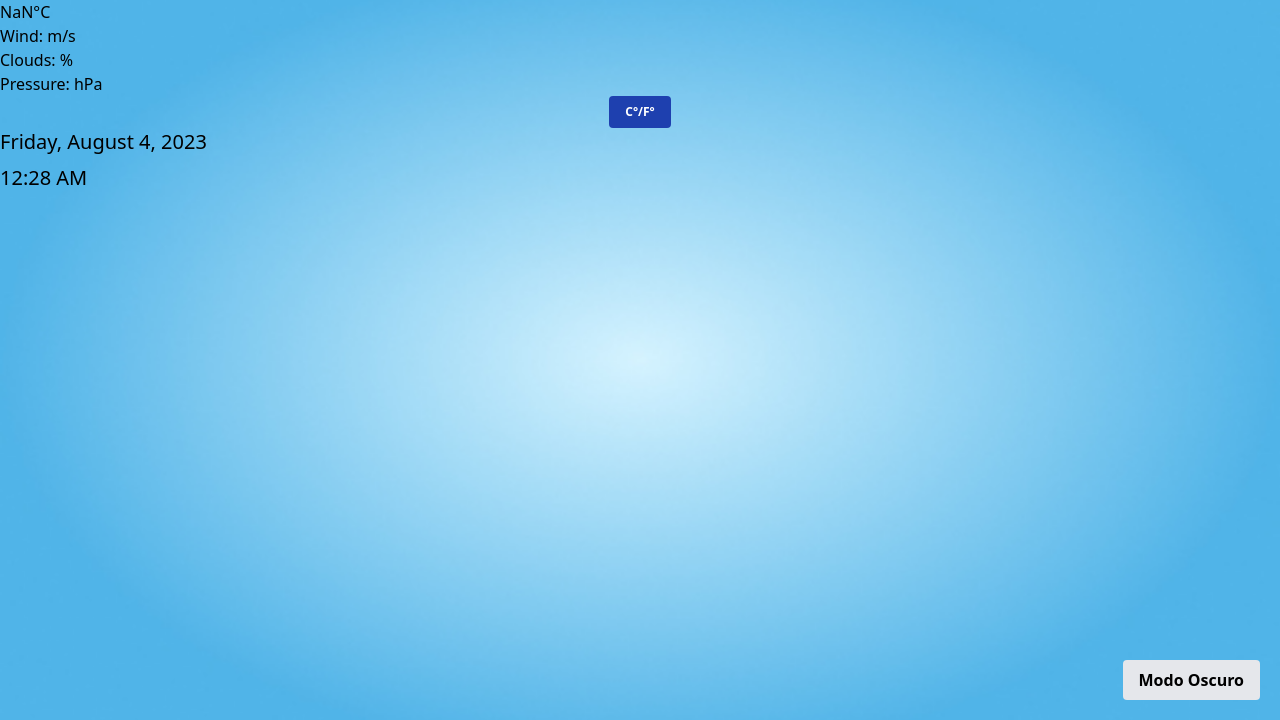
Repository: LukasMoyano/WeatherApp-_-LukasMoyano-_-V-_4.0_6.6.6
Page: /
These files come from the project's save history. The page is drawn as it stood at one moment and after the next save; the edit follows.
The browser window is 1280 px wide. The pictures show the whole page.
The page's requests for data from a server got no answer. The project was rebuilt for these pictures with package versions that can differ from the ones it lists, and the page was loaded fresh each time. No one was signed in, and anything a server would have sent is missing. Also part of the build but not shown: vite.config.js.

Above is the page before, as saved 2023-08-07 00:44:38.

After the next save:
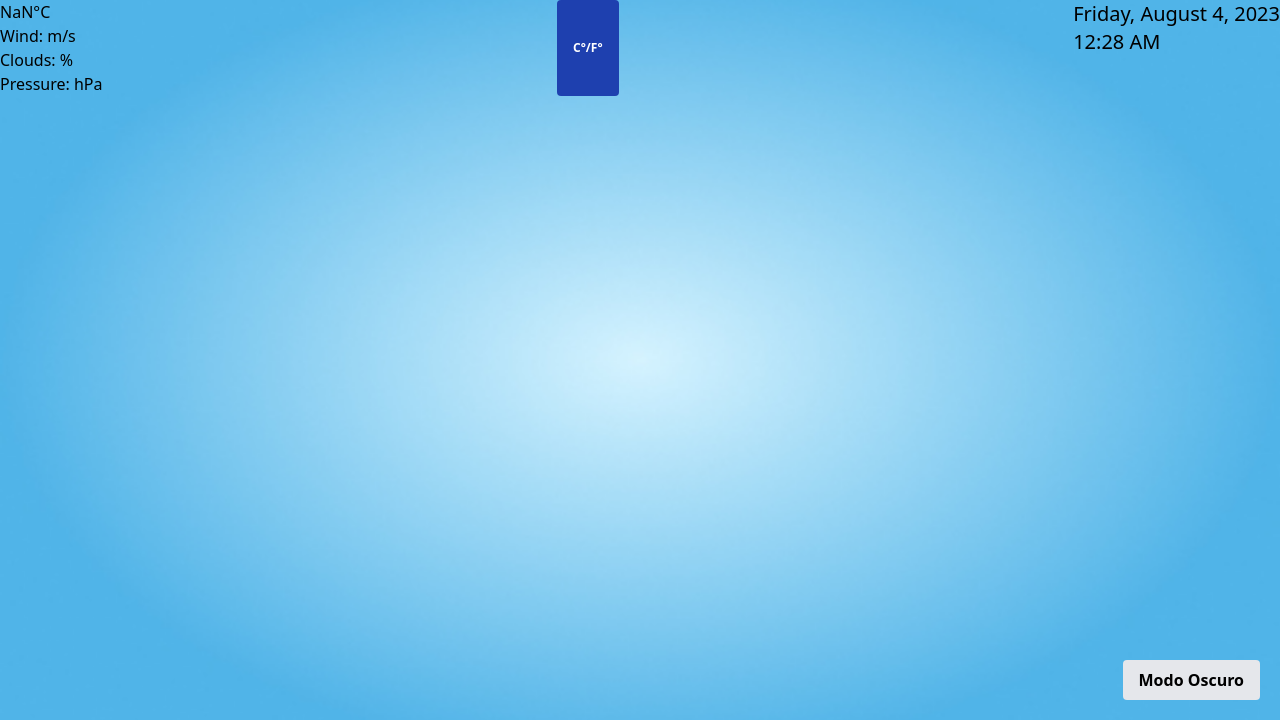
Saved 110 s later.
--- a/src/components/Weather.jsx
+++ b/src/components/Weather.jsx
@@ -39,8 +39,8 @@ const Weather = ({ weatherInfo, isDarkMode }) => {
   const { date, time } = getCurrentDateTime();
 
   return (
-    <div className="weather-app">
-      <div className="left-column">
+    <div className="weather-app flex flex-row">
+      <div className="left-column flex flex-col items-center justify-center">
         <div className="weather-image">
           {/* Mostrar la imagen del estado del tiempo */}
           {weatherInfo?.weather[0].icon ? (
@@ -55,7 +55,7 @@ const Weather = ({ weatherInfo, isDarkMode }) => {
           {weatherInfo?.weather[0].description}
         </div>
       </div>
-      <div className="right-column">
+      <div className="right-column flex flex-col justify-between">
         <div className={`temperature ${isDarkMode ? "text-white" : "text-black"}`}>
           {/* Mostrar la temperatura actual */}
           {convertTemperature(weatherInfo?.main.temp)}
@@ -87,8 +87,10 @@ const Weather = ({ weatherInfo, isDarkMode }) => {
         C°/F°
       </button>
       {/* Mostrar la fecha y hora */}
-      <p className={`text-xl mb-2 ${isDarkMode ? "text-white" : "text-black"}`}>{date}</p>
-      <p className={`text-xl ${isDarkMode ? "text-white" : "text-black"}`}>{time}</p>
+      <div className="time-info">
+        <p className={`text-xl ${isDarkMode ? "text-white" : "text-black"}`}>{date}</p>
+        <p className={`text-xl ${isDarkMode ? "text-white" : "text-black"}`}>{time}</p>
+      </div>
     </div>
   );
 };
